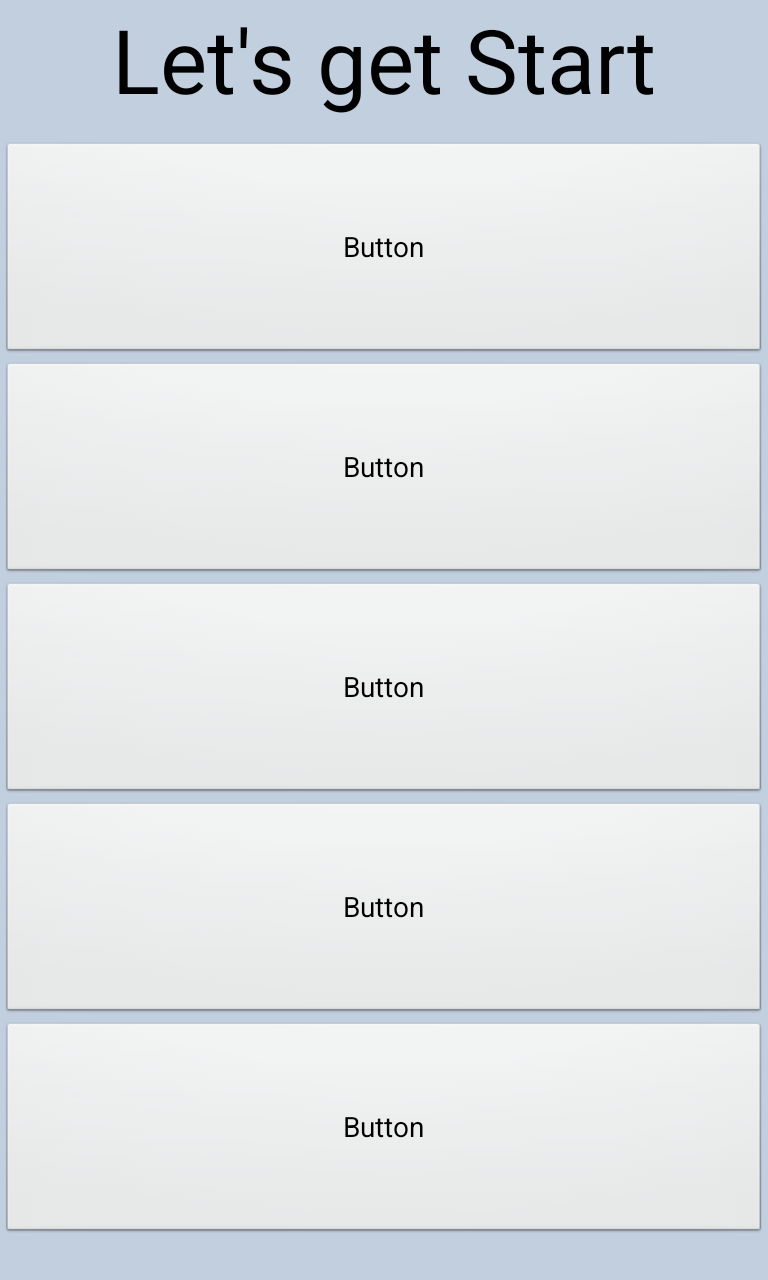
Repository: parinya1968/My-project
Layout: DroidWork/getBig/res/layout/profilemenu.xml
The author's editor kept a copy of each file at every save. The layout is drawn from the files as they stood at one save, then again after a run of saves.
It is drawn on a 768 x 1280 px phone screen (xhdpi) without system bars, with theme android:Theme.NoTitleBar.Fullscreen; the app's code is not run.

Above is the layout before, as saved 2012-06-20 03:50:49.

### DroidWork/getBig/res/layout/profilemenu.xml
<?xml version="1.0" encoding="utf-8"?>
<LinearLayout xmlns:android="http://schemas.android.com/apk/res/android"
    android:layout_width="fill_parent"
    android:layout_height="fill_parent"
    android:background="#C2CFDF"
    android:orientation="vertical" >


    <TextView
        android:layout_width="wrap_content"
        android:layout_height="wrap_content"
        android:layout_gravity="center_horizontal"
        android:layout_weight="0.19"
        android:text="Let&apos;s get Start"
        android:textColor="#000000"
        android:textSize="20pt" />



    <LinearLayout
        android:layout_width="match_parent"
        android:layout_height="wrap_content"
        android:layout_weight="0.32"
        android:orientation="vertical" >

        <Button
            android:id="@+id/groups_profile_create"
            android:layout_width="match_parent"
            android:layout_height="110dp"
            android:text="Button" />

        <Button
            android:id="@+id/groups_profile_update"
            android:layout_width="match_parent"
            android:layout_height="110dp"
            android:text="Button" />

        <Button
            android:id="@+id/groups_profile_viewP"
            android:layout_width="match_parent"
            android:layout_height="110dp"
            android:text="Button" />

        <Button
            android:id="@+id/groups_profile_delete"
            android:layout_width="match_parent"
            android:layout_height="110dp"
            android:text="Button" />

        <Button
            android:id="@+id/groups_profile_viewR"
            android:layout_width="match_parent"
            android:layout_height="110dp"
            android:text="Button" />

    </LinearLayout>

</LinearLayout>

After the next 2 saves:
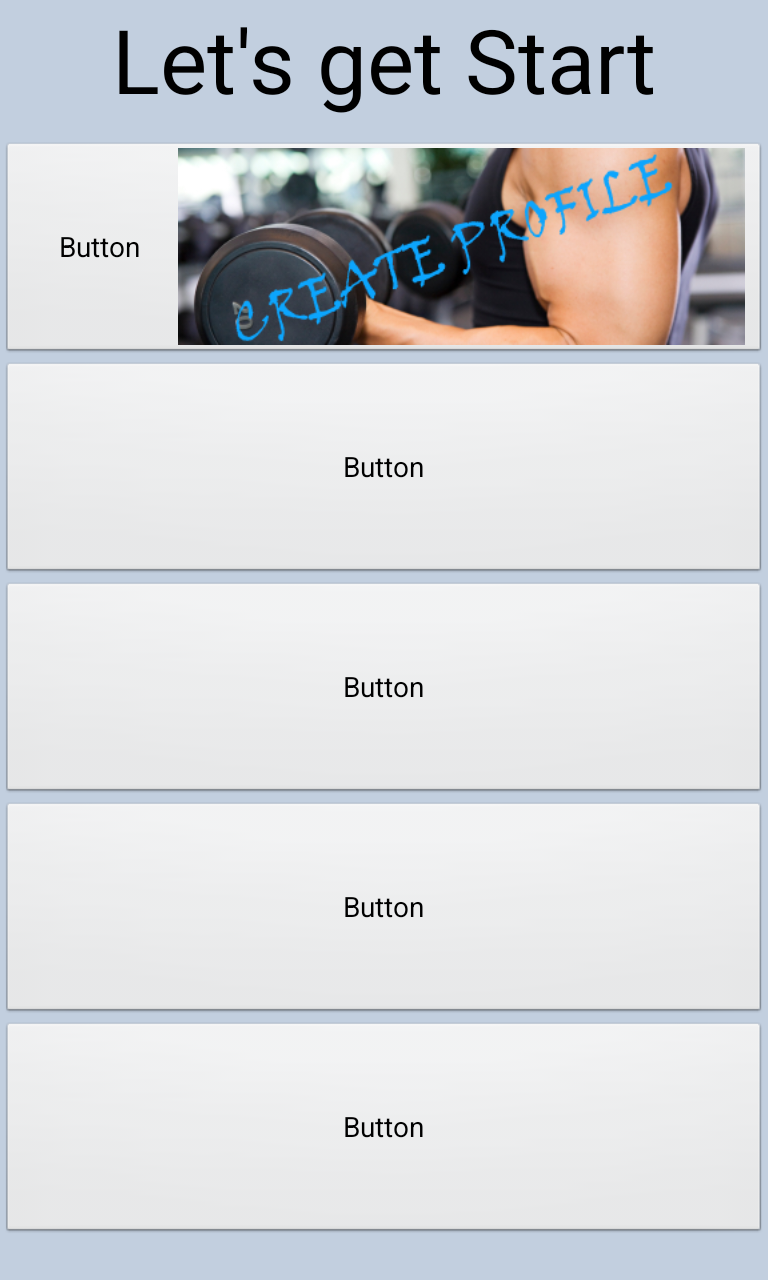
The 2 saves are shown as one change because 1 did not build or start.
The last was saved 86 s later.
--- a/DroidWork/getBig/res/layout/profilemenu.xml
+++ b/DroidWork/getBig/res/layout/profilemenu.xml
@@ -27,6 +27,8 @@
             android:id="@+id/groups_profile_create"
             android:layout_width="match_parent"
             android:layout_height="110dp"
+            android:text="Create Profile"
+            android:drawableRight="@drawable/createprofile"
             android:text="Button" />
 
         <Button
